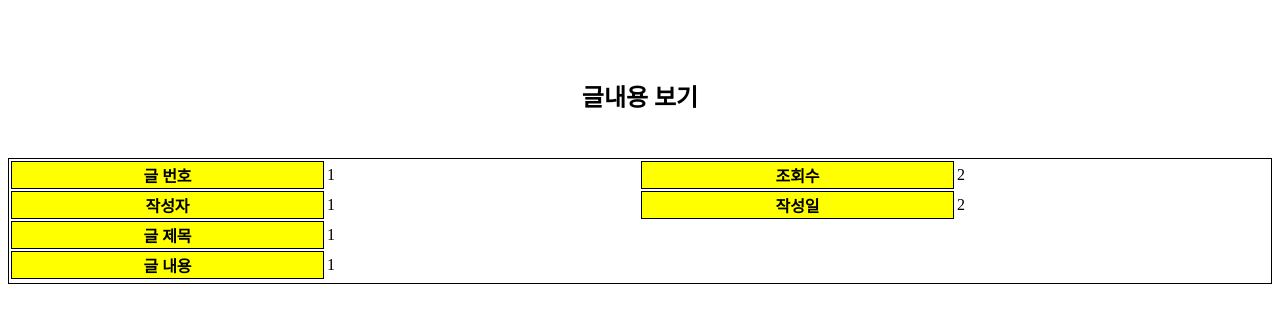
Repository: dlswn666/SpringStudy
Page: http://localhost/boardMVC/WEB-INF/jsp/board/context.jsp
These files come from the project's save history. The page is drawn as it stood at one moment and after the next save; the edit follows.
The browser window is 1280 px wide. The pictures show the whole page.
The page is served by Tomcat 9. Nobody is signed in. Other server files are loaded and not shown. The template is opened directly, without the code that normally fills it, so the values that code supplies are empty.

Above is the page before, as saved 2021-02-28 06:03:42.

### boardMVC/WebContent/WEB-INF/jsp/board/context.jsp
<%@ page language="java" contentType="text/html; charset=UTF-8"
    pageEncoding="UTF-8"%>
<!DOCTYPE html>
<html>
<head>
<meta charset="UTF-8">
<title>Insert title here</title>
<style type="text/css">
	.readInfo{
		padding-top : 50px;
		height: 100px;
		width : 200px;
	}

	table {
		border: 1px solid black;
		width: 100%;
	}
	th{
		border: 1px solid black;
		background-color: yellow;
		width: 25%;
	}
	tr{
		border: 1px solid black;
		width: 25%;
	}
</style>

</head>
<body>
	<div align="center">
		<div class="readInfo">
			<h2> 글내용 보기</h2>
		</div>
		<table boarder="1px" >
			<tr>
				<th>글 번호</th>
				<td><%=1 %></td>
				<th>조회수</th>
				<td><%=2 %></td>
			</tr>
			<tr>
				<th>작성자</th>
				<td><%=1 %></td>
				<th>작성일</th>
				<td><%=2 %></td>
			</tr>
			<tr>
				<th>글 제목</th>
				<td colspan="3">1</td>
			</tr>
			<tr>
				<th>글 내용</th>
				<td colspan="3">1</td>
			</tr>
			<tr>

			</tr>
		</table>

	</div>
</body>
</html>

After the next save:
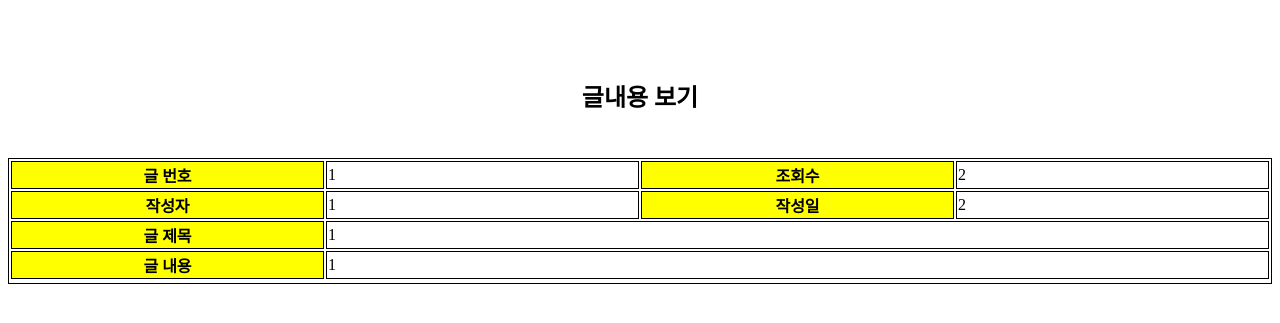
Saved 22 s later.
--- a/boardMVC/WebContent/WEB-INF/jsp/board/context.jsp
+++ b/boardMVC/WebContent/WEB-INF/jsp/board/context.jsp
@@ -21,7 +21,7 @@
 		background-color: yellow;
 		width: 25%;
 	}
-	tr{
+	td{
 		border: 1px solid black;
 		width: 25%;
 	}
